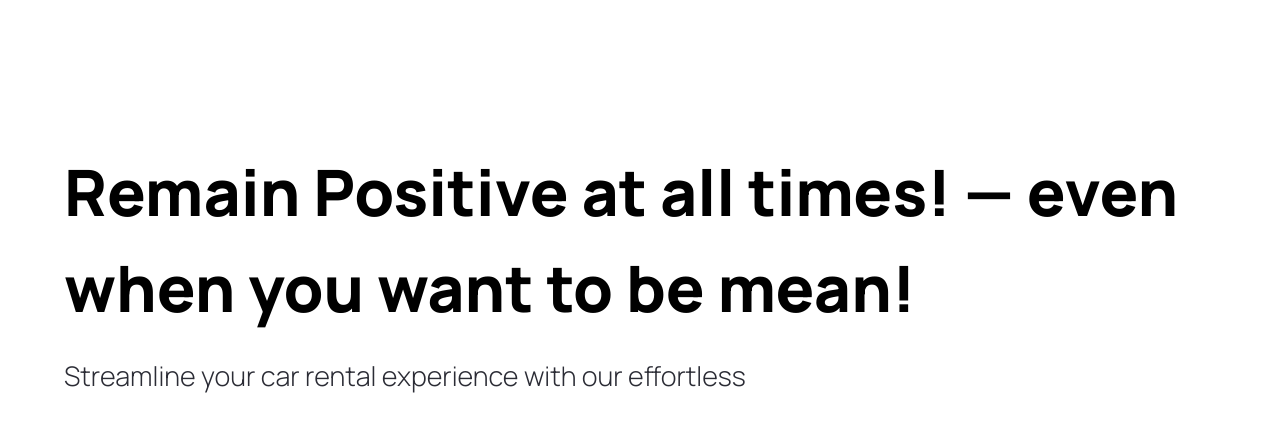
Repository: MikeeBuilds/driver
Page: /
An editor plug-in stored every save of this project. The page is shown before and after the next save, followed by the edit.
The browser window is 1280 px wide. The pictures show the whole page.
The project was rebuilt for these pictures with package versions that can differ from the ones it lists, and the page was loaded fresh each time. The framework's server and built-in components were replaced by stand-ins that run in the browser. Also part of the build but not shown: next.config.js.

Above is the page before, as saved 2023-06-21 21:39:23.

After the next save:
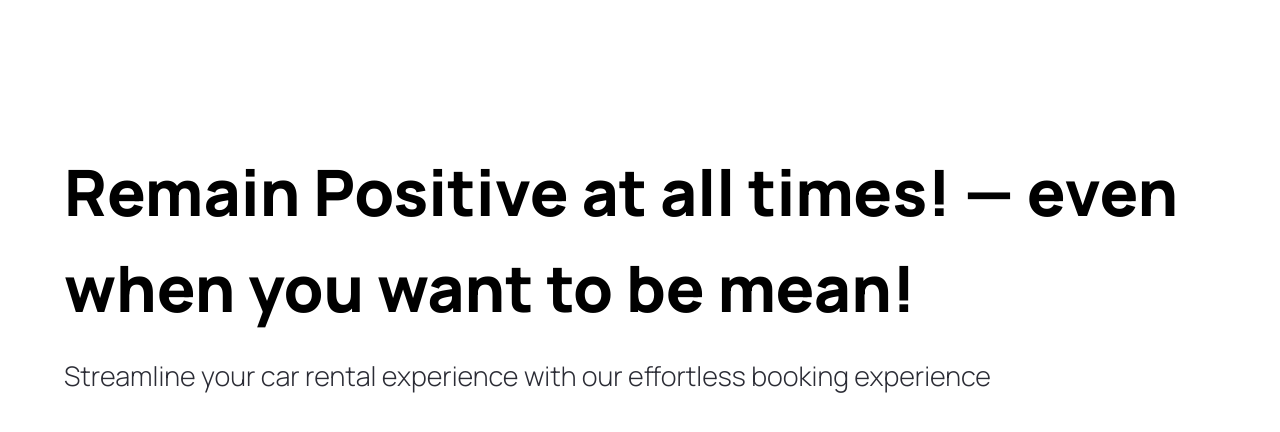
Saved 4 s later.
--- a/components/Hero.tsx
+++ b/components/Hero.tsx
@@ -11,7 +11,7 @@ const Hero = () => {
 
             <p className='hero__subtitle'>
                 Streamline your car rental experience
-                with our effortless
+                with our effortless booking experience
             </p>
         </div>
     </div>
